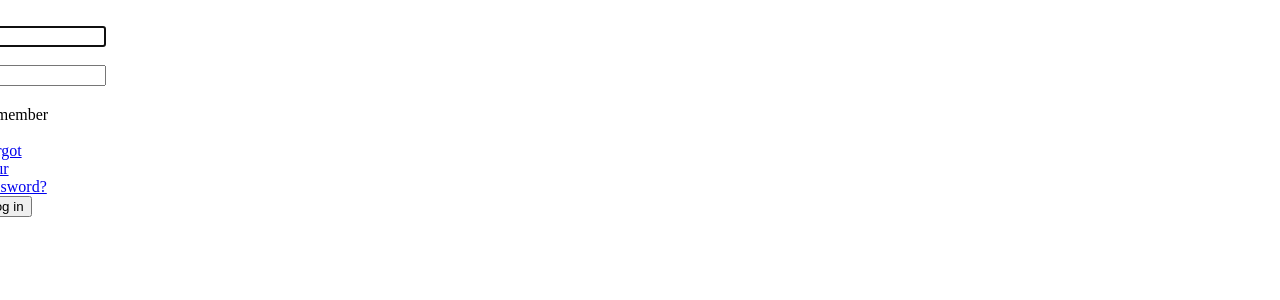
Repository: lookmanola/gestion_scolaire
Page: http://localhost/login
The author's editor kept a copy of each file at every save. The page is drawn from the files as they stood at one save, then again after a run of saves.
The browser window is 1280 px wide. The pictures show the whole page.
The page is served by the project's Laravel application, run on PHP 8.4 with Laravel 8. Other server files are loaded and not shown.

Above is the page before, as saved 2021-10-15 10:18:30.

### example-app/resources/views/auth/login.blade.php
<x-guest-layout>
    <x-auth-card>
        <x-slot name="logo">

        </x-slot>

        <!-- Session Status -->
        <x-auth-session-status class="mb-4" :status="session('status')" />

        <!-- Validation Errors -->
        <x-auth-validation-errors class="mb-4" :errors="$errors" />

        <form method="POST" action="{{ route('login') }}">
            @csrf
            <div style="display: flex; justify-content:center; flex-direction:column; align-items:center; width:10px">

                <!-- Email Address -->
                <div>
                    <x-label for="email" :value="__('Email')" />

                    <x-input id="email" class="style" type="email" name="email" :value="old('email')" required
                        autofocus />
                </div>

                <!-- Password -->
                <div class="mt-4">
                    <x-label for="password" :value="__('Password')" />

                    <x-input id="password" class="block mt-1 w-full" type="password" name="password" required
                        autocomplete="current-password" />
                </div>

                <!-- Remember Me -->
                <div class="block mt-4">
                    <label for="remember_me" class="inline-flex items-center">
                        <input id="remember_me" type="checkbox"
                            class="rounded border-gray-300 text-indigo-600 shadow-sm focus:border-indigo-300 focus:ring focus:ring-indigo-200 focus:ring-opacity-50"
                            name="remember">
                        <span class="ml-2 text-sm text-gray-600">{{ __('Remember me') }}</span>
                    </label>
                </div>

                <div class="flex items-center justify-end mt-4">
                    @if (Route::has('password.request'))
                        <a class="underline text-sm text-gray-600 hover:text-gray-900"
                            href="{{ route('password.request') }}">
                            {{ __('Forgot your password?') }}
                        </a>
                    @endif

                    <x-button class="ml-3">
                        {{ __('Log in') }}
                    </x-button>
                </div>
            </div>
        </form>
    </x-auth-card>
</x-guest-layout>

Loaded but not shown: example-app/routes/web.php (common file); example-app/routes/auth.php (common file); example-app/app/Http/Controllers/Auth/AuthenticatedSessionController.php (common file); example-app/app/Http/Controllers/Controller.php (common file); example-app/app/View/Components/GuestLayout.php (common file); example-app/resources/views/components/auth-session-status.blade.php (common file); example-app/resources/views/components/auth-validation-errors.blade.php (common file); example-app/resources/views/components/label.blade.php (common file); example-app/resources/views/components/input.blade.php (common file); example-app/resources/views/components/button.blade.php (common file); example-app/resources/views/components/auth-card.blade.php (common file); example-app/resources/views/layouts/guest.blade.php (common file); example-app/public/js/app.js (library); example-app/public/css/app.css (empty)

After the next 5 saves:
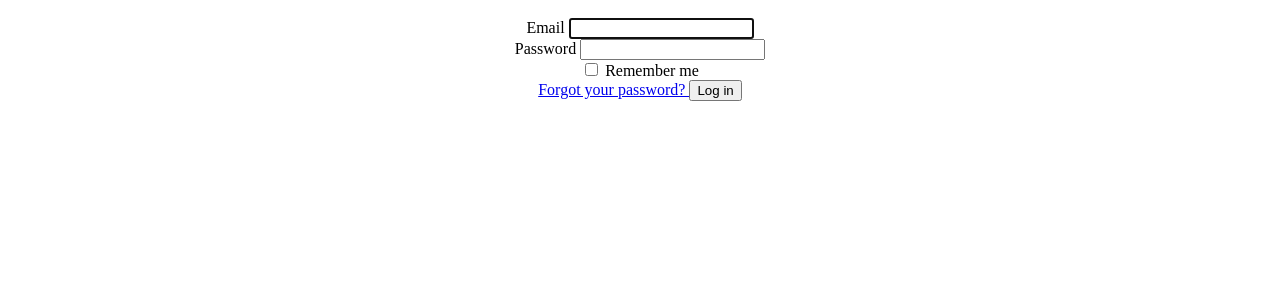
The 5 saves are shown as one change because they came seconds apart.
The last was saved 19 s later.
--- a/example-app/resources/views/auth/login.blade.php
+++ b/example-app/resources/views/auth/login.blade.php
@@ -12,7 +12,7 @@
 
         <form method="POST" action="{{ route('login') }}">
             @csrf
-            <div style="display: flex; justify-content:center; flex-direction:column; align-items:center; width:10px">
+            <div style="display: flex; justify-content:center; flex-direction:column; align-items:center; padding:10px">
 
                 <!-- Email Address -->
                 <div>
